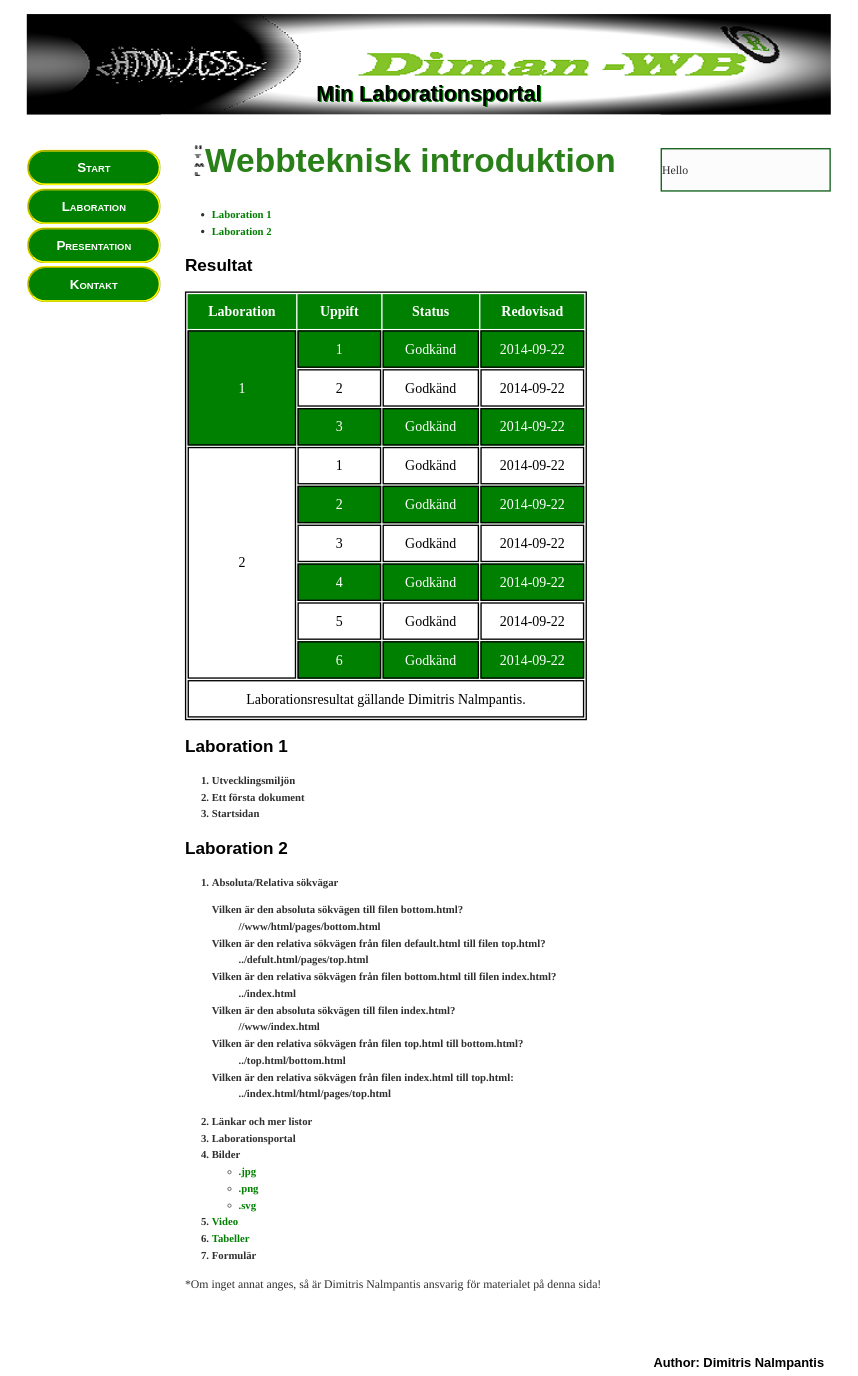
Repository: dn222em/1ik415-laborationer
Page: pages/laborationer.html
The author's editor kept a record of every edit. The page is drawn from the files as they stood at one moment, then again after the next edit.
The browser window is 1280 px wide. The pictures show the whole page, at 67% of full size.

Above is the page before.

After the next edit:
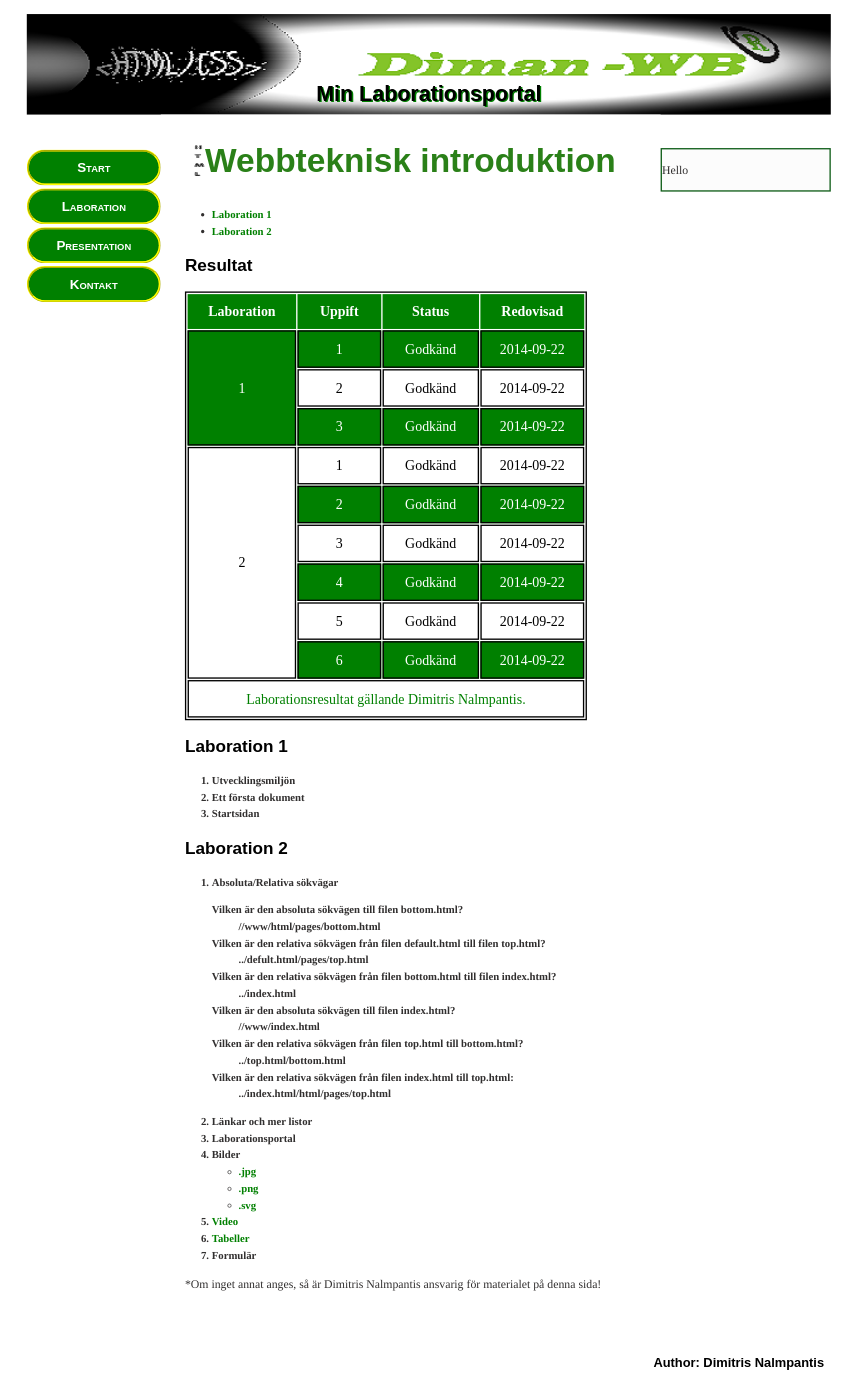
The edit:
--- a/pages/laborationer.html
+++ b/pages/laborationer.html
@@ -38,7 +38,7 @@
 	    				</tr>
 					</thead>
 					<tfoot>
-	    				<tr class="doubble">
+	    				<tr class="doubbel">
 	    					<td colspan="4">
 	    						Laborationsresultat gällande Dimitris Nalmpantis.
 	    					</td>
